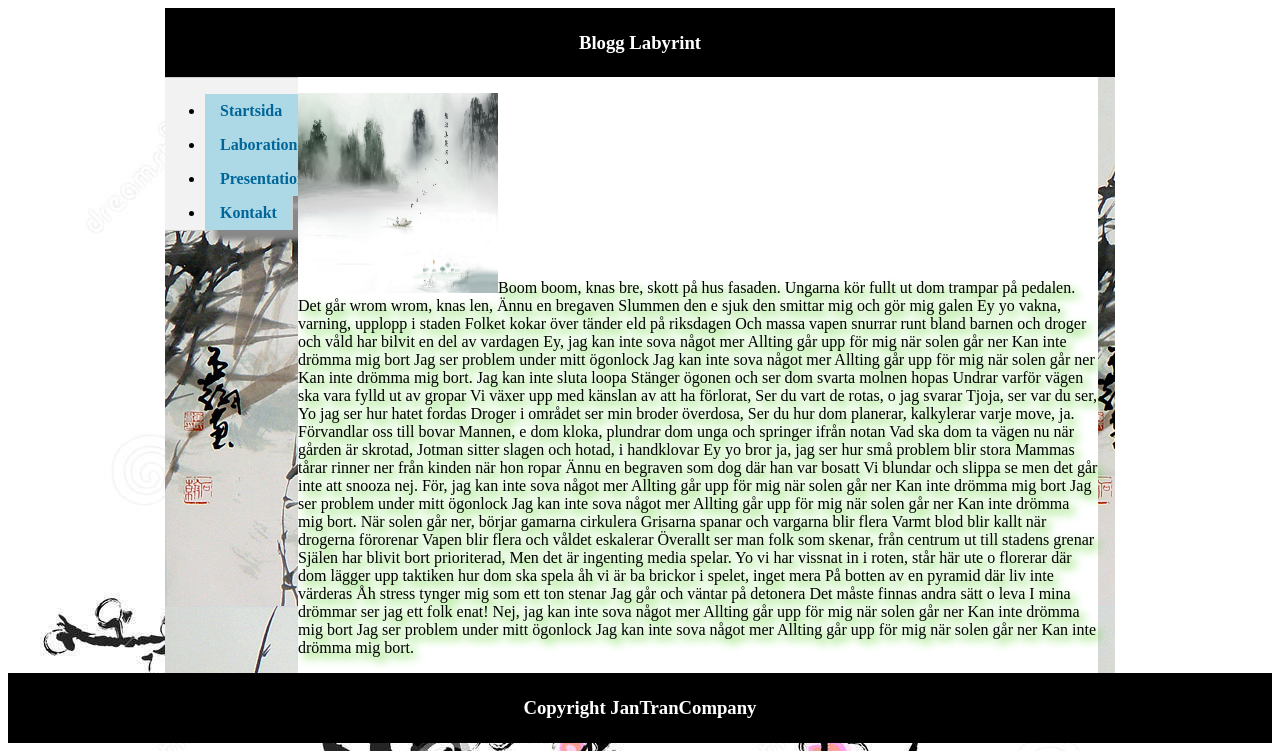
Repository: jt222ic/1ik415-jt222ic-lab-1
Page: pages/Blogginlagg.html
The author's editor kept a record of every edit. The page is drawn from the files as they stood at one moment, then again after the next edit.
The browser window is 1280 px wide. The pictures show the whole page.

Above is the page before.

### pages/Blogginlagg.html
<!DOCTYPE html>
<html lang="sv">
    <head>
        <meta charset="UTF-8" />
        <title>BLogg</title>
       <link rel="stylesheet" href="Csss/style.css" />
    </head>
    <body>
<div id="container">


   <div id="header"><h3>Blogg Labyrint</h3>

   </div>

    <div id="nav">
<ul>
        <li><a href="../index.html" class="active"> Startsida</a></li>
        <li><a href="laboration.html" class="active">Laboration</a></li>
        <li><a href ="presentation.html" class="active">Presentation</a></li>
        <li><a href ="kontakt.html" class="active">Kontakt</a></li>
</ul>

</div>



 <div id="section">


 <div id="content">
 <p>  <img src="jpeg/C9.jpg" width="200" height="200" alt="varföööör" class="left">Boom boom, knas bre, skott på hus fasaden.
Ungarna kör fullt ut dom trampar på pedalen.

Det går wrom wrom, knas len,
Ännu en bregaven
Slummen den e sjuk den smittar mig och gör mig galen
Ey yo vakna, varning, upplopp i staden
Folket kokar över tänder eld på riksdagen
Och massa vapen snurrar runt bland barnen
och droger och våld har bilvit en del av vardagen

Ey, jag kan inte sova något mer
Allting går upp för mig när solen går ner
Kan inte drömma mig bort
Jag ser problem under mitt ögonlock
Jag kan inte sova något mer
Allting går upp för mig när solen går ner
Kan inte drömma mig bort.

Jag kan inte sluta loopa
Stänger ögonen och ser dom svarta molnen hopas
Undrar varför vägen ska vara fylld ut av gropar
Vi växer upp med känslan av att ha förlorat,
Ser du vart de rotas,

o jag svarar Tjoja, ser var du ser,
Yo jag ser hur hatet fordas
Droger i området ser min broder överdosa,
Ser du hur dom planerar, kalkylerar varje move, ja.
Förvandlar oss till bovar
Mannen, e dom kloka, plundrar dom unga och springer ifrån notan
Vad ska dom ta vägen nu när gården är skrotad,
Jotman sitter slagen och hotad, i handklovar
Ey yo bror ja, jag ser hur små problem blir stora
Mammas tårar rinner ner från kinden när hon ropar
Ännu en begraven som dog där han var bosatt
Vi blundar och slippa se men det går inte att snooza nej.

För, jag kan inte sova något mer
Allting går upp för mig när solen går ner
Kan inte drömma mig bort
Jag ser problem under mitt ögonlock
Jag kan inte sova något mer
Allting går upp för mig när solen går ner
Kan inte drömma mig bort.

När solen går ner, börjar gamarna cirkulera
Grisarna spanar och vargarna blir flera
Varmt blod blir kallt när drogerna förorenar
Vapen blir flera och våldet eskalerar

Överallt ser man folk som skenar, från centrum ut till stadens grenar
Själen har blivit bort prioriterad, Men det är ingenting media spelar.

Yo vi har vissnat in i roten, står här ute o florerar
där dom lägger upp taktiken hur dom ska spela
åh vi är ba brickor i spelet, inget mera
På botten av en pyramid där liv inte värderas

Åh stress tynger mig som ett ton stenar
Jag går och väntar på detonera
Det måste finnas andra sätt o leva
I mina drömmar ser jag ett folk enat!

Nej, jag kan inte sova något mer
Allting går upp för mig när solen går ner
Kan inte drömma mig bort
Jag ser problem under mitt ögonlock
Jag kan inte sova något mer
Allting går upp för mig när solen går ner
Kan inte drömma mig bort.

</p>



</div>





</div>
</div>
<div id="footer"><h3>Copyright JanTranCompany</h3>

</div>
    </body>




</html>

### pages/Csss/style.css
/* backgrundsbild */

body  {
    background-image: url('../jpeg/China.jpg');

    }
/* text för p typografi */
p{
    color:black;
text-shadow: 5px 5px 10px #41C800;
    font-style: italic, sans-serif;
    text-align:left;




}

/* formulär */
#cform input, #cform textarea, #cform select
{
width:300px;
margin-bottom:20px;
}
#cform textarea { height:100px; }
#cform .checkbox { width:auto; }

.img{
    float:left;
}




/* navigation */

#nav {
      width: 14%;
      float: left;
      margin:0;
      padding: 0;
      list-style: none;
      background-color: #f2f2f2;
      border-bottom: 1px solid #ccc;
      border-top: 1px solid #ccc; }
   #nav li {float:left;
       }
   #nav li a {
      display: block;
      padding: 8px 15px;
      text-decoration: none;
      font-weight: bold;
      color: #069;
      border-right: 1px solid #ccc;
      list-style:none;}
   #nav li a:hover {
       list-style:none;
      color: #c00;
      background-color: #fff; }

      /* nav focus class */





      /* class active */

.active{

        font-weight:bold;
        text-align:left;
        color:black;

         box-shadow: 10px 10px 5px #888888;
         background-color: lightblue;
        /* skuggning för märkning */

    }

    /* content */

    #content{


        background-color:white;

        float:left;
        width: 800px;
    }




    /* header */

    #header {
    background-color:black;
    color:white;
    text-align:center;
    padding:5px;
    }


    /*footer */


    #footer {

    background-color:black;
    color:white;
    clear:both;
    text-align:center;
   padding:5px;
}

#container {
    overflow: auto;
    background-image: url('../jpeg/bird.jpg');
    max-width: 950px;
    margin: 0 auto;

}

After the next edit:
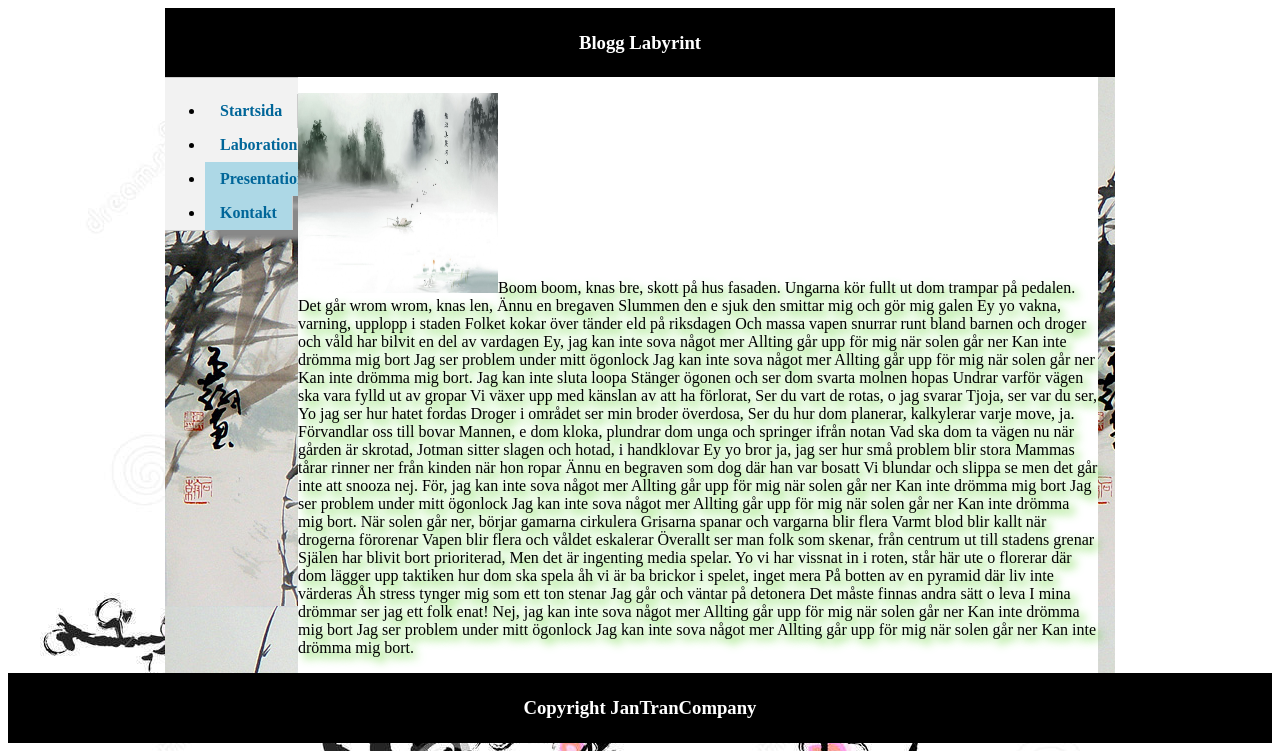
The edit:
--- a/pages/Blogginlagg.html
+++ b/pages/Blogginlagg.html
@@ -15,8 +15,8 @@
 
     <div id="nav">
 <ul>
-        <li><a href="../index.html" class="active"> Startsida</a></li>
-        <li><a href="laboration.html" class="active">Laboration</a></li>
+        <li><a href="../index.html" class=> Startsida</a></li>
+        <li><a href="laboration.html" class=>Laboration</a></li>
         <li><a href ="presentation.html" class="active">Presentation</a></li>
         <li><a href ="kontakt.html" class="active">Kontakt</a></li>
 </ul>
